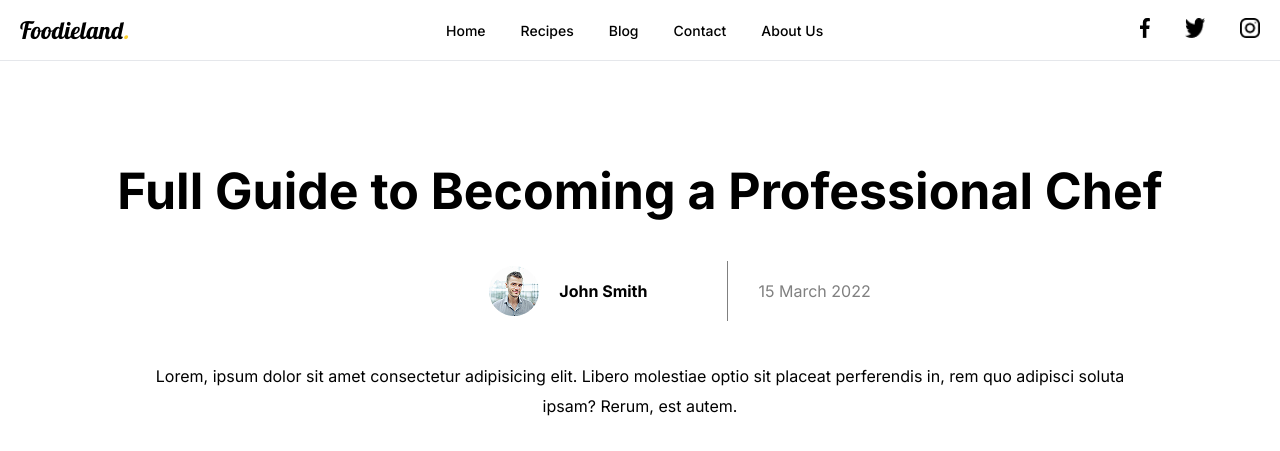
Repository: SolomonChinonso/Advanced-html-and-css-project
Page: blog.html
These files come from the project's save history. The page is drawn as it stood at one moment and after a run of saves; the edit follows.
The browser window is 1280 px wide. The pictures show the part of the page from y = 0 to 451 px (the page is 2534 px tall before and 2874 px after).
Pictures or frames that could not be fetched are drawn as grey boxes.

Above is the page before, as saved 2026-04-19 01:28:56.

### blog.html
<!DOCTYPE html>
<html lang="en">
<head>
    <meta charset="UTF-8">
    <meta name="viewport" content="width=device-width, initial-scale=1.0">
    <title>Document</title>
    <link rel="stylesheet" href="style.css">
    <link href="https://fonts.googleapis.com/css2?family=Lobster&display=swap" rel="stylesheet">
    <link href="https://fonts.googleapis.com/css2?family=Inter:wght@400;500;600;700&display=swap" rel="stylesheet">
</head>
<body>
    <header>
        <strong class="logo">Foodieland<em class="dot">.</em></strong>
        <nav>

            <ul>
                <li><a href="#">Home</a></li>
                <li><a href="#">Recipes</a></li>
                <li><a href="#">Blog</a></li>
                <li><a href="#">Contact</a></li>
                <li><a href="#">About Us</a></li>
            </ul>

        </nav>
        <section class="social-handles">
                <a href="#"><img src="./social-icons/001-facebook.png" alt="facebook" id="fb"></a>

                <a href="#"><img src="./social-icons/003-twitter.png" alt=""></a>

                <a href="#"><img src="./social-icons/004-instagram.png" alt=""></a>
        </section>
    </header>

    <section class="blog-section">
        <h1 class="blog-header">
            Full Guide to Becoming a Professional Chef
        </h1>

        <div class="editor">
            <div class="editor-profile">
                <img src="./social-icons/Ellipse 2 (1).png" alt="">
                <strong>John Smith</strong>
            </div>

            <div class="editor-date">
                <p>15 March 2022</p>
            </div>
        </div>

        <p class="head-text">
            Lorem, ipsum dolor sit amet consectetur adipisicing elit. Libero molestiae optio sit placeat perferendis in, rem quo adipisci soluta ipsam? Rerum, est autem.
        </p>

        <div class="dry-kitchen">
            <img src="./images/dry-kitchen.png" alt="">
        </div>
    </section>

    <main class="main-blog">
        <div class="query-section">
            <div class="query">
                <h4>
                    How did you start out in the food industry?
                </h4>
                <p>Lorem ipsum dolor sit amet consectetur adipisicing elit. Pariatur, sunt aperiam! Odit nemo nisi dolor, ut omnis, tenetur deleniti dolore necessitatibus quaerat cumque id, sequi a. Dicta ratione enim fuga?</p>
            </div>

            <div class="query">
                <h4>
                    What do you like most about your job?
                </h4>
                <p>Lorem ipsum dolor sit amet consectetur adipisicing elit. Pariatur, sunt aperiam! Odit nemo nisi dolor, ut omnis, tenetur deleniti dolore necessitatibus quaerat cumque id, sequi a. Dicta ratione enim fuga?</p>
            </div>

            <div class="query">
                <h4>
                    Do you cook at home on your days off?
                </h4>

                <img src="./images/wet-kitchen.png" alt="">
                <p>Lorem ipsum dolor sit amet consectetur adipisicing elit. Pariatur, sunt aperiam! Odit nemo nisi dolor, ut omnis, tenetur deleniti dolore necessitatibus quaerat cumque id, sequi a. Dicta ratione enim fuga?</p>
            </div>

            <div class="query">
                <h4>
                    What wwould your advice be to young people looking to get their foot in the door?
                </h4>
                <p>Lorem ipsum dolor sit amet consectetur adipisicing elit. Pariatur, sunt aperiam! Odit nemo nisi dolor, ut omnis, tenetur deleniti dolore necessitatibus quaerat cumque id, sequi a. Dicta ratione enim fuga?</p>
            </div>

            <div class="action">
                <h2>
                    Lorem ipsum dolor sit amet consectetur adipisicing elit. Voluptates fuga enim perspiciatis?
                </h2>
            </div>

            <div class="query">
                <h4>
                    What is the highest misconception that people have about being a professional chef?
                </h4>
                <p>Lorem ipsum dolor sit amet consectetur adipisicing elit. Pariatur, sunt aperiam! Odit nemo nisi dolor, ut omnis, tenetur deleniti dolore necessitatibus quaerat cumque id, sequi a. Dicta ratione enim fuga?</p>
            </div>
        </div>
    </main>
</body>
</html>

### style.css
* {
  margin: 0;
  padding: 0;
  box-sizing: border-box;
}

body {
  width: 100%;
  font-family: Inter, sans-serif;
  background-color: #ffffff;
}

header {
  display: flex;
  justify-content: space-between;
  align-items: center;
  padding: 15px 20px;
  border-bottom: 1px solid #e5e7eb;

}

.logo {
  font-family: Lobster, cursive;
  font-size: 24px;
  font-weight: 400;
}

.dot {
  color: rgb(251, 207, 47);
}

nav ul {
  display: flex;
  align-items: center;
  gap: 35px;
  list-style: none;
}

nav ul li a {
  text-decoration: none;
  color: #000;
  font-size: 14px;
  font-weight: 500;
  transition: color 0.3s ease;
}

nav ul li a:hover {
  color: #f59e0b;
}
nav ul li a:active{
    color: rgb(206, 128, 128);
}
nav ul li a:focus{
    color: rgb(181, 12, 12);
}
.social-handles {
  display: flex;
  align-items: center;
  gap: 35px;

}

.social-handles a img {
  width: 20px;
  height: 20px;
}

.social-handles a #fb{
    width: 10px;
  height: 20px;
}

.banner {
  display: flex;
  justify-content: center;
  align-items: center;
  width: 100%;
  max-width: 1300px;
  margin: 30px auto;
  position: relative;
  padding: 0 20px;
}

.badge {
  position: absolute;
  top: 5%;
  left: 50%;
  z-index: 1;
}

.badge img {
  width: 120px;
}

.banner-section {
  display: flex;
  border-radius: 40px;
  overflow: hidden;
  min-height: 600px;
}

.details,
.banner-img {
  flex: 1;
  width: 55%;
}


.details {
  background-color: #e7fafe;
  padding: 40px;
  display: flex;
  flex-direction: column;
  justify-content: center;

}

.hot-recipe {
  display: inline-flex;
  align-items: center;
  gap: 10px;
  background-color: #fff;
  padding: 12px 20px;
  border-radius: 30px;
  box-shadow: 0 4px 10px rgba(0, 0, 0, 0.08);
  font-size: 14px;
  font-weight: 600;
  width: fit-content;
}

.details h1 {
  font-size: 56px;
  line-height: 1.1;
  margin: 30px 0 20px;
  color: #000;
}

.details p {
  font-size: 16px;
  line-height: 1.8;
  color: #555;
  margin-bottom: 30px;
}

.timer-utensils {
  display: flex;
  gap: 20px;
  flex-wrap: wrap;
  margin-bottom: 40px;
}

.timer-utensils span {
  display: flex;
  align-items: center;
  gap: 10px;
  background-color: rgba(0, 0, 0, 0.06);
  padding: 10px 18px;
  border-radius: 30px;
  font-size: 14px;
}

.author-profile {
  display: flex;
  align-items: center;
  gap: 20px;
  margin-top: auto;
  flex-wrap: wrap;
}

.author-profile > span:first-child img {
  width: 50px;
  height: 50px;
}

.author-details {
  display: flex;
  flex-direction: column;
  justify-content: center;
  gap: 5px;
}

.author-details strong {
  font-size: 16px;
}

.author-details p {
  margin: 0;
  font-size: 14px;
  color: #888;
}

.viewRecipe button {
  display: flex;
  align-items: center;
  gap: 10px;
  background-color: #000;
  color: #fff;
  border: none;
  border-radius: 12px;
  padding: 15px 24px;
  font-size: 14px;
  font-weight: 500;
  cursor: pointer;
  transition: background-color 0.3s ease;
    margin-left: 90px;
}

button:hover {
  background-color: #333;
}

.banner-img img {
  width: 100%;
  height: 100%;
  object-fit: cover;
}

.category{
  display: flex;
  flex-direction: column;
  margin: 75px 30px;
}
.category-header{
    display: flex;
    justify-content: space-between;
    align-items: center;
     margin: 75px 30px;
}
.category-menus{
    display: flex;
    justify-content: space-around;
    flex-wrap: wrap;

}
.category-header h2{
    font-size: 50px;
    font-weight: 600;
}
.category-header button{
    padding: 15px 25px;
    background-color: #e7fafe;
    font-size: 15px;
    font-weight: 600;
    border-radius: 10px;
    border: none;
    cursor: pointer;

}

.category-menus div{
    padding: 30px;
    border-radius: 30px;
    text-align: center;
    font-weight: 600;

}

.category-menus div img{
    display: flex;
    margin-bottom: 30px;
}
.category-menus div:nth-child(1){
    background: linear-gradient(to top, #dae0cc, WHITE);
}
.category-menus div:nth-child(2){
    background: linear-gradient(to top, #e5f0df, WHITE);
}
.category-menus div:nth-child(3){
    background: linear-gradient(to top, #f1eae9, WHITE);
}
.category-menus div:nth-child(4){
    background: linear-gradient(to top, #f6f0e5, WHITE);
}
.category-menus div:nth-child(5){
    background: linear-gradient(to top, #f0e6e6, WHITE);
}
.category-menus div:nth-child(6){
    background: linear-gradient(to top, #f1eaea, WHITE);
}

.card img{
    width: 100%;
    height: 200px;
    object-fit: cover;
    border-radius: 10px;
}

.advert-section{
    display: flex;
    flex-direction: column;
    flex-wrap: wrap;
    justify-content: center;
    align-items: center;
    text-align: center;
}
.cards{
    display: flex;
    justify-content: center;
    align-items: center;
    flex-wrap: wrap;
    gap: 15px;
}

.card-layout{
    position: relative;
    flex: 0  calc(33.333% - 20px);
    box-sizing: border-box;
    background: linear-gradient(to top, #e7fafe, white );
    padding: 10px;
    border-radius: 20px;
    text-align: left;
}
.card-layout .timer-utensils span{
    display: flex;
    background: none;
    justify-content: left;
    padding: 0;
    padding-top: 30px;
}
.card-layout .vector{
    display: flex;
    background: white;
    padding: 10px;
    border-radius: 50%;
    position: absolute;
    right: 20px;
    top: 30px;
}
 .advert-section h1{
    margin: 50px 50px 0;
}
.advert-section .advert-text{
    width: 50%;
    padding: 30px 0 70px 0;
    line-height: 30px;
}
.card-layout .green-card{
    background: none;
}
.info{
    display: flex;
    flex-direction: column;
    flex-wrap: wrap;
    justify-content: center;
    margin-top: 100px;
    align-items: center;
     padding: 20px;
}


.learn-more{
    display: flex;
    position: relative;
}
.info-left, .info-right{
    display: flex;
    flex-direction: column;
    justify-content: center;
    /* border: 1px solid black; */
    height: 600px;
    flex-wrap: wrap;
    flex: 1;
   align-items: center;
}
.info-left{
    padding-top: 100px;
}

.info-left h1{
    font-size: 42px;
    width: 500px;
    word-spacing: 5px;
    margin-bottom: 30px;
}
.info-left p{
    font-size: 15px;
    word-spacing: 5px;
    line-height: 30px;
}
.info-left button{
    width: 30%;
    justify-content: center;
    align-items: center;
    text-align: center;
    margin-top: 100px;
    padding: 10px 30px;
    background-color: #000;
    color: white;
    border-radius: 10px;
}

.instagram-section{
    display: flex;
    flex-direction: column;
    text-align: center;
    align-items: center;
    background: linear-gradient(to top, #e7fafe, white);
    /* border: 5px solid red; */
    height: 1050px;
    width: 100%;
    padding: 120px 0;
}
.instagram-section h1{
    padding-bottom: 50px;
}
.instagram-section p{
    width: 70%;
    text-align: center;
    /* padding-bottom: 100px; */
}
button{
    cursor: pointer;
}

.insta-img img{
    width: 100%;
    object-fit: cover;
    height: 300px;
    position: relative;

}
.insta-img p{
    position: absolute;
    top: 90px;
    z-index: 1;
    left: 225px;
    background-color: rgb(70, 68, 68);
    width: 38px;
    padding: 5px;
    border-radius: 15px;
    color: white;
}

.insta-header{
    display: flex;
    flex-direction: row;
    position: relative;
}
.insta-header .logo{
    font-size: 6px;
    background-color: #000;
    color: white;
    padding: 20px 10px;
    border-radius: 50%;
    /* position: absolute; */
}
.insta-cards{
    display: flex;
    flex-direction: row;
    margin-top: 100px;
    /* flex-wrap: wrap; */
    justify-content: space-between;
    align-items: center;
    gap: 20px;
}
.insta-card{
    position: relative;
    width: 280px;
    height: 540px;
    /* border: 4px solid black; */
    background-color: white;
}
.jots{
    display: flex;
    flex-direction: row;
    gap: 20px;
    justify-content: center;
    align-items: center;

}
.insta-header{
    display: flex;
    justify-content: space-between;
    padding: 8px;
}
.japan{
    line-height: 20px;
}
.japan p{
    font-size: 13px;

}
.japan h6{
    font-size: 15px;
}
.insta-header button{
    font-size: 30px;
    display: flex;
    text-align: center;
    background: none;
    border: none;
}
.shapes{
    display: flex;
    justify-content: space-between;
    padding: 10px;
}
.insta-footer button{
    width: 30px;
    font-weight: 600;
    /* font-size: x-large; */
    display: flex;
    text-align: start;
    position: relative;
    top: -5px;
    background: none;
    border: none;
    justify-content: flex-start;
}
.insta-footer button em{
    color: #456ec4;
}
.follower-section .follower-details{
    display: flex;
}
.follower-details img{
    width: 8%;
    height: 8%;
    border-radius: 50%;
}
.follower-details{
    padding: 0px;
}
.follower-details p{
    font-size: 12px;
    width: 100%;
    padding: 0 0 20px 0;
}
.follower-section{
    display: flex;
    flex-direction: column;
    flex-wrap: wrap;
    justify-content: center;
    align-items: center;
    text-align: center;
    padding: 10px;
}
.follower-section p{
   text-align: left;
    width: 100%;
    font-size: 12px;
    gap: 20px;
}
.follower-section .date{
    padding: 20px 0;
    color: grey;
}
.insta-btn{
    display: flex;
    margin-top: 50px;
    padding: 14px 14px;
    text-align: center;
    gap: 20px;
    font-size: 15px;
    border-radius: 10px;
    background-color: #000;
    color: white;
    align-items: center;
    margin: 30px;
}
.insta-btn img{
    color: white;
    z-index: 2;
}
.recipe-section{
    /* border: 2px solid red; */
}
.recipe-header{
    display: flex;
    margin: 100px 10px 50px 10px;
    justify-content: left;
    align-items: center;
    gap: 50px;
}
.recipe-header h1{
    font-size: 55px;
}
.recipe-cards{
    display: flex;
    justify-content: center;
    align-items: center;
    flex-wrap: wrap;
    gap: 10px;
    /* border: 2px solid black; */
}
.recipe-section .recipe-cards .card-layout{
    width: 100%;
    background: none;
    flex: 0 0 calc(25% - 10px);
}
.comment-section{
    display: flex;
    flex-wrap: wrap;

    text-align: center;
    padding: 40px 0 0 0;
    background-color: #e5fafe;
    border-radius: 20px;
    overflow: hidden;
    margin: 10px;
}
.comment-section .comment-info{
    display: flex;
    flex-direction: column;
    justify-content: center;
    text-align: center;
    padding-top: 30px;
    font-size: 15px;

   line-height: 50px;
}

.comment-box{
    display: flex;
    flex-direction: row;
    justify-content: space-between;

}
.comment-box img{
    width: 10%;
    object-fit: cover;
}
.input-section{
    display: flex;
    background-color: white;
    height: 40px;
    padding: 20px;
    border-radius: 10px;
    justify-content: center;
    text-align: center;
    align-items: center;
}
.input-section input{
    padding: 12px;
    border: none;

}

.input-section button{
    display: flex;
    text-align: center;
    padding: 8px 20px;

    background-color: #000;
    color: white;
    border-radius: 10px;
}
.comment-box :nth-child(1){
    transform: translate(0px, 10px)rotate(30deg)scale(1.5);
}

.footer-section{
    display: flex;
    justify-content: space-between;
    margin: 150px 10px 50px 10px;
     border-bottom: 1px solid grey;
     flex-wrap: wrap;
}
.footer-left p{
    font-size: 12px;
    line-height: 50px;
}
.footer-section ul{
    display: flex;
    gap: 40px;
}
.footer-section ul li{
    list-style: none;

}
.footer-section ul li a{
    text-decoration: none;
    color: black;
    font-weight: 600;
    font-size: 14px;
}
footer{
    display: flex;
    justify-content: space-between;
    align-items: center;
     margin: 0 10px 30px 10px;

}
footer:nth-child(2){
    justify-content: flex-end;
}

footer p strong{
    font-weight: 400;
    color: red;
}

.blog-section{
    display: flex;
    justify-content: center;
    flex-direction: column;
    align-items: center;
}
.blog-header{
    font-size: 50px;
    padding: 100px 20px 40px 20px;
}
.editor-profile{
    display: flex;
    justify-content: center;
    align-items: center;
    gap: 20px;
    padding: 5px 80px;
    border-right: 1px solid gray;
}
.editor{
    display: flex;
    justify-content: center;
    align-items: center;

}
.editor-date{
    margin-left: 30px;
    color: gray;
}
.head-text{
    width: 80%;
    text-align: center;
    line-height: 30px;
    margin-top: 40px;
}
.dry-kitchen img{
    display: flex;
    width: 90vw;
    height: 100vh;
    object-fit: cover;
    margin: 30px 10px;
    border-radius: 20px;
}
.query{
    display: flex;
    flex-direction: column;
    padding: 50px 60px;
    justify-content: center;
    align-items: conter;
    width: 70%;
    margin-left: 70px;
}
.query img{
    width: 100vh;
    height: 70vh;

}
.query.h4

After the next 4 saves:
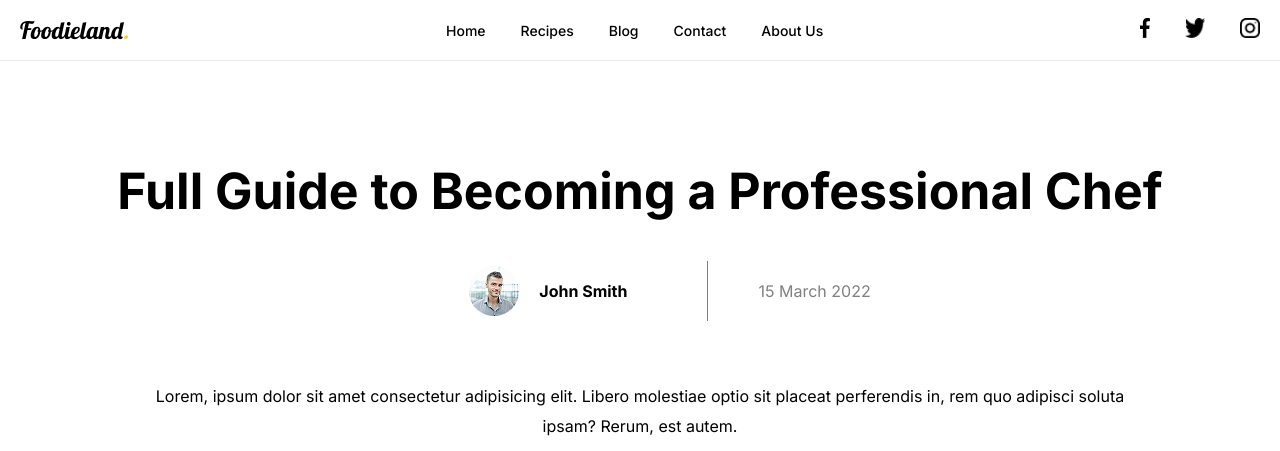
The 4 saves are shown as one change because they came seconds apart.
The last was saved 14 s later.
--- a/style.css
+++ b/style.css
@@ -746,4 +746,6 @@ footer p strong{
     height: 70vh;
 
 }
-.query.h4
+.query.h4, p{
+    padding: 20px;
+}
